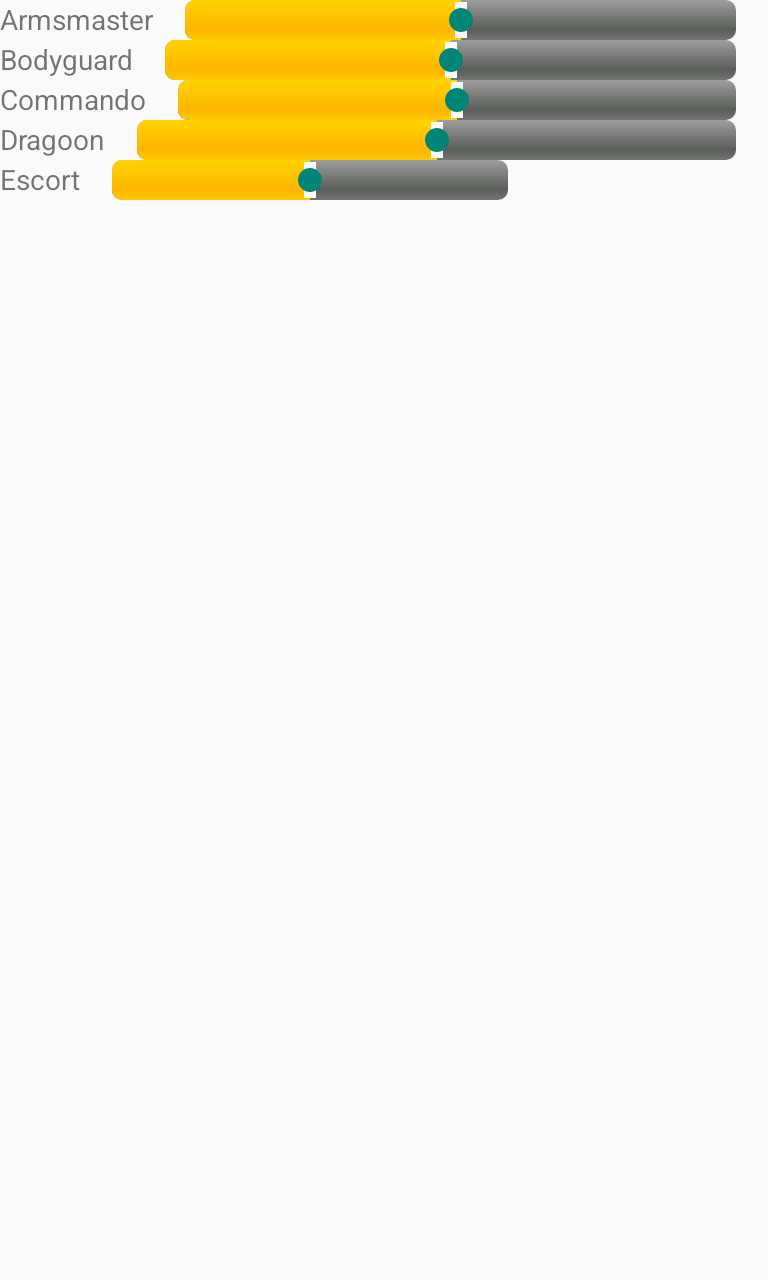
Repository: bryanpope/TARR
Layout: workspace/helloworld/res/layout/activity_hello_world.xml
An editor plug-in stored every save of this project. The layout is shown before and after the next save, followed by the edit.
It is drawn on a 768 x 1280 px phone screen (xhdpi) without system bars, with theme AppTheme; the app's code is not run.

Above is the layout before, as saved 2014-06-01 20:22:04.

### workspace/helloworld/res/layout/activity_hello_world.xml
<LinearLayout xmlns:android="http://schemas.android.com/apk/res/android"
              android:layout_width="fill_parent"
              android:layout_height="fill_parent"
              android:orientation="vertical" >

	<LinearLayout
	    android:layout_width="fill_parent"
	    android:layout_height="wrap_content"
	    android:orientation="horizontal" >

	    <TextView android:id="@+id/textAttackArmsmaster"
              android:layout_width="wrap_content"
              android:layout_height="wrap_content"
              android:text="Armsmaster" />
	    <SeekBar
	        android:id="@+id/seekBarAttackArmsmaster"
	        style="@android:style/Widget.ProgressBar.Horizontal"
	        android:layout_width="match_parent"
	        android:layout_height="wrap_content"
	        android:max="50"
	        android:progress="25"
	        android:secondaryProgress="0" />
    </LinearLayout>
	<LinearLayout
              android:layout_width="fill_parent"
              android:layout_height="wrap_content"
              android:orientation="horizontal" >

    	<TextView android:id="@+id/textAttackBodyguard"
              android:layout_width="wrap_content"
              android:layout_height="wrap_content"
              android:text="Bodyguard" />
	    <SeekBar
	        android:id="@+id/seekBarAttackBodyguard"
	        style="@android:style/Widget.ProgressBar.Horizontal"
	        android:layout_width="match_parent"
	        android:layout_height="wrap_content"
	        android:max="50"
	        android:progress="25"
	        android:secondaryProgress="0" />
    </LinearLayout>
	<LinearLayout
              android:layout_width="fill_parent"
              android:layout_height="wrap_content"
              android:orientation="horizontal" >

    <TextView android:id="@+id/textAttackCommando"
              android:layout_width="wrap_content"
              android:layout_height="wrap_content"
              android:text="Commando" />
	    <SeekBar
	        android:id="@+id/seekBarAttackCommando"
	        style="@android:style/Widget.ProgressBar.Horizontal"
	        android:layout_width="match_parent"
	        android:layout_height="wrap_content"
	        android:max="50"
	        android:progress="25"
	        android:secondaryProgress="0" />
    </LinearLayout>
	<LinearLayout
              android:layout_width="fill_parent"
              android:layout_height="wrap_content"
              android:orientation="horizontal" >

    <TextView android:id="@+id/textAttackDragoon"
              android:layout_width="wrap_content"
              android:layout_height="wrap_content"
              android:text="Dragoon" />
	    <SeekBar
	        android:id="@+id/seekBarAttackDragoon"
	        style="@android:style/Widget.ProgressBar.Horizontal"
	        android:layout_width="match_parent"
	        android:layout_height="wrap_content"
	        android:max="50"
	        android:progress="25"
	        android:secondaryProgress="0" />
    </LinearLayout>
	<LinearLayout
              android:layout_width="fill_parent"
              android:layout_height="wrap_content"
              android:orientation="horizontal" >

    	<TextView android:id="@+id/textAttackEscort"
              android:layout_width="wrap_content"
              android:layout_height="wrap_content"
              android:text="Escort" />

    	<SeekBar
    	    android:id="@+id/seekBarAttackEscort"
    	    style="@android:style/Widget.ProgressBar.Horizontal"
    	    android:layout_width="230dp"
    	    android:layout_height="wrap_content"
    	    android:gravity="right"
    	    android:max="50"
    	    android:progress="25"
    	    android:secondaryProgress="0" />

    </LinearLayout>
</LinearLayout>

Loaded but not shown: workspace/helloworld/res/values/styles.xml (common file); workspace/helloworld/res/values-v11/styles.xml (common file); workspace/helloworld/res/values-v14/styles.xml (common file)

After the next save:
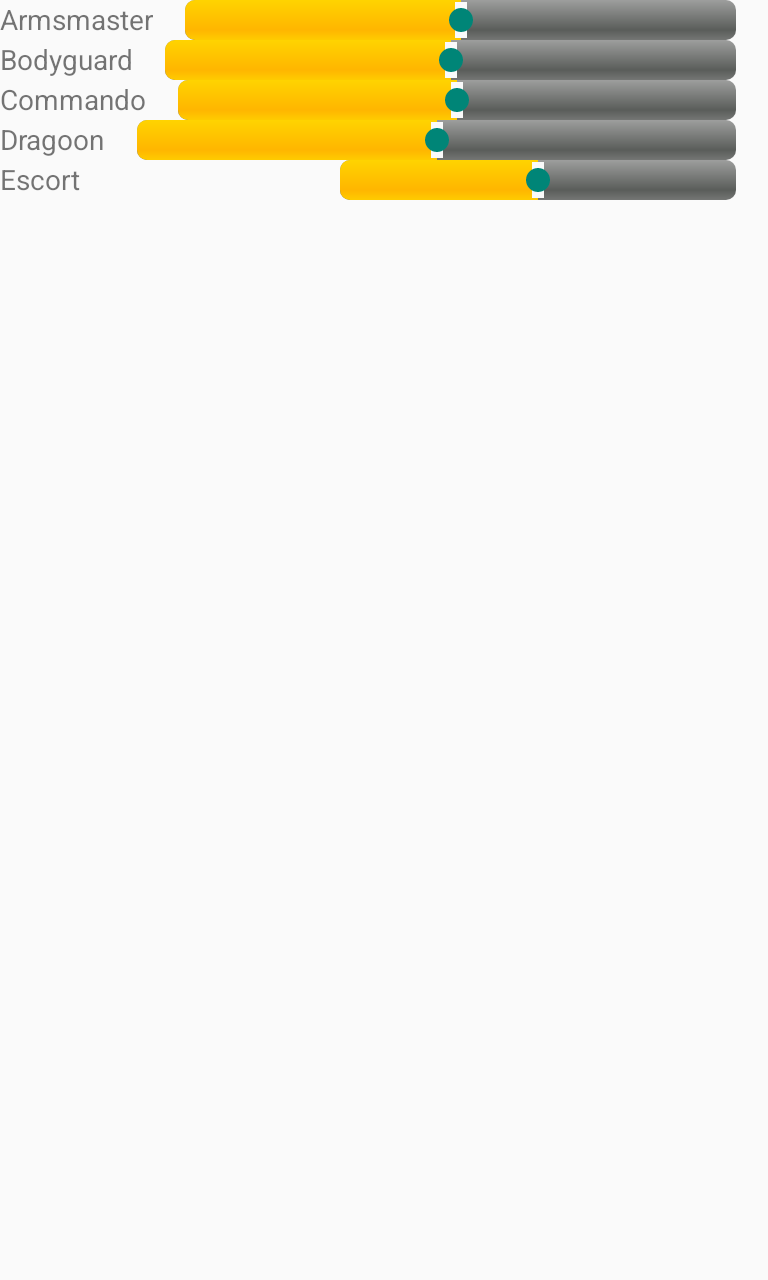
Saved 37 s later.
--- a/workspace/helloworld/res/layout/activity_hello_world.xml
+++ b/workspace/helloworld/res/layout/activity_hello_world.xml
@@ -75,25 +75,28 @@
 	        android:progress="25"
 	        android:secondaryProgress="0" />
     </LinearLayout>
+
 	<LinearLayout
-              android:layout_width="fill_parent"
-              android:layout_height="wrap_content"
-              android:orientation="horizontal" >
+	    android:layout_width="fill_parent"
+	    android:layout_height="wrap_content"
+	    android:orientation="horizontal" >
 
-    	<TextView android:id="@+id/textAttackEscort"
-              android:layout_width="wrap_content"
-              android:layout_height="wrap_content"
-              android:text="Escort" />
+	    <TextView
+	        android:id="@+id/textAttackEscort"
+	        android:layout_width="wrap_content"
+	        android:layout_height="wrap_content"
+	        android:layout_weight="0.90"
+	        android:text="Escort" />
 
-    	<SeekBar
-    	    android:id="@+id/seekBarAttackEscort"
-    	    style="@android:style/Widget.ProgressBar.Horizontal"
-    	    android:layout_width="230dp"
-    	    android:layout_height="wrap_content"
-    	    android:gravity="right"
-    	    android:max="50"
-    	    android:progress="25"
-    	    android:secondaryProgress="0" />
+	    <SeekBar
+	        android:id="@+id/seekBarAttackEscort"
+	        style="@android:style/Widget.ProgressBar.Horizontal"
+	        android:layout_width="230dp"
+	        android:layout_height="wrap_content"
+	        android:gravity="right"
+	        android:max="50"
+	        android:progress="25"
+	        android:secondaryProgress="0" />
+	</LinearLayout>
 
-    </LinearLayout>
 </LinearLayout>
